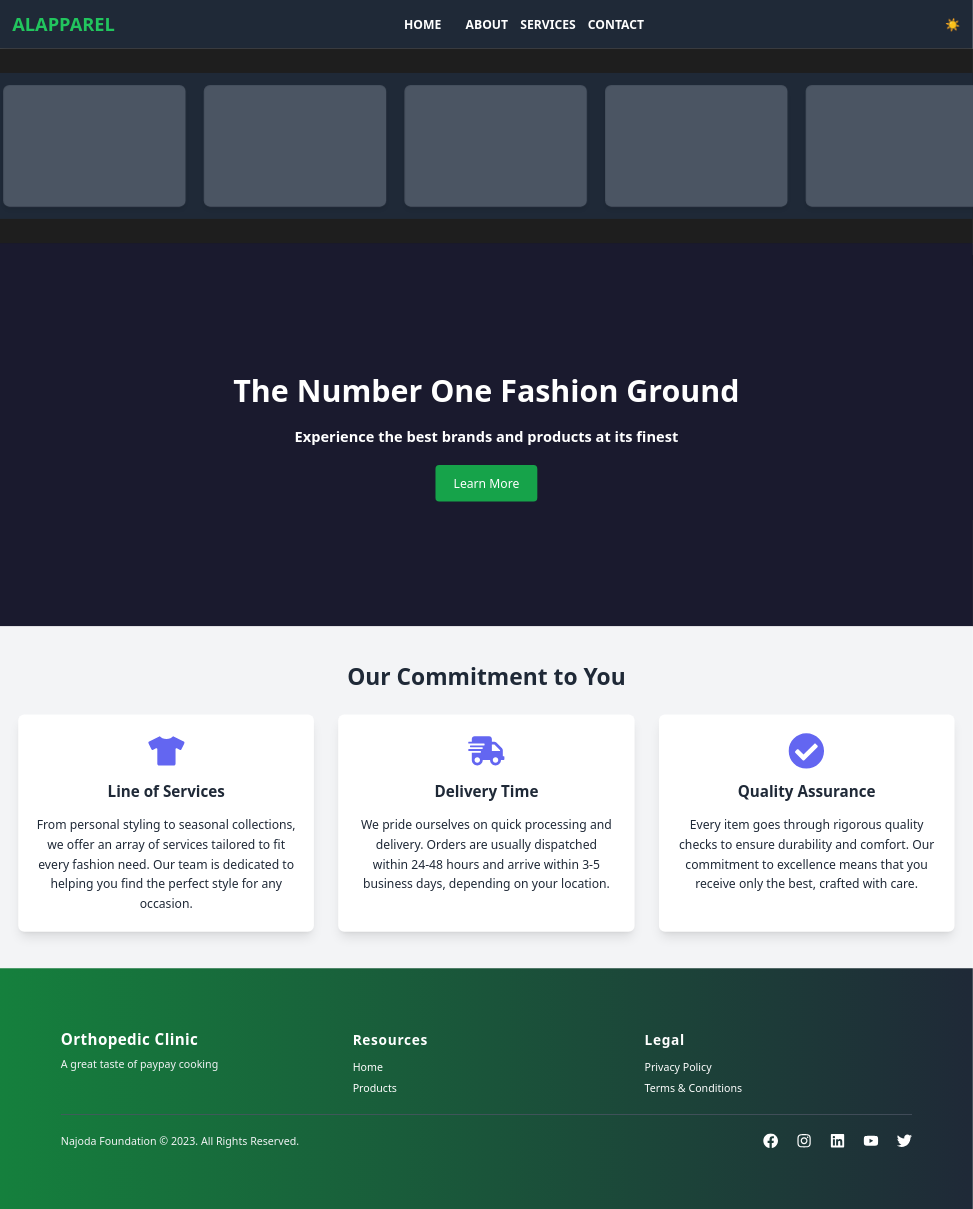
Repository: countaustin1990/file-C-Users-user-Documents-Final-20Cart
Page: /home (app in Documents/BXXXN/my-app/)
These files come from the project's save history. The page is drawn as it stood at one moment and after the next save; the edit follows.
The browser window is 1280 px wide. The pictures show the whole page, at 76% of full size.
The project was rebuilt for these pictures with package versions that can differ from the ones it lists, and the page was loaded fresh each time. Also part of the build but not shown: Documents/BXXXN/my-app/vite.config.js, Documents/BXXXN/my-app/src/components/horizontalscroll/style.css, Documents/BXXXN/my-app/src/pages/contact/Contact.jsx, Documents/BXXXN/my-app/src/pages/about/About.test.jsx, Documents/BXXXN/my-app/src/pages/services/Services.test.jsx.

Above is the page before, as saved 2024-11-01 10:23:41.

### Documents/BXXXN/my-app/src/App.jsx
import { BrowserRouter as Router, Routes, Route } from 'react-router-dom';
import Navbar from './components/navbar/Navbar.test';
import Home from './pages/home/Home.test';
import Footer from './components/footer/Footer.test';
import { useEffect, useState } from 'react';
import Contact from './pages/contact/Contact';
import About from './pages/about/About.test';
import Services from './pages/services/Services.test';
import ServicesInfo from './serviceinfo/ServiceInfo.test';

const App = () => {
  const [theme, setTheme] = useState('dark');

  // Toggle theme function
  const toggleTheme = () => {
    const newTheme = theme === 'light' ? 'dark' : 'light';
    setTheme(newTheme);
    localStorage.setItem('theme', newTheme);
  };

  useEffect(() => {
    const savedTheme = localStorage.getItem('theme');
    if (savedTheme) {
      setTheme(savedTheme);
    } else {
      setTheme('dark'); // Default to dark mode
    }
  }, []);

  return (
    <Router>
      <Navbar toggleTheme={toggleTheme} theme={theme} />
      <Routes>
        <Route path="/home" element={<Home theme={theme} />} /> {/* Pass theme prop to Home */}
        {/* Add more routes as needed */}
        <Route path="/about" element={<About theme={theme} />} />
        <Route path="/services" element={<Services theme={theme} />} />
        <Route path="/contact" element={<Contact theme={theme} />} />
      </Routes>
      <ServicesInfo/>
      <Footer />
    </Router>
  );
};

export default App;

### Documents/BXXXN/my-app/src/index.css
@tailwind base;
@tailwind components;
@tailwind utilities;

/* Global Styles */
.app {
  transition: background-color 0.3s ease-in-out;
}

/* Light and Dark Mode Styles */
.light-mode {
  background-color: #f0f0f0;
  color: #000;
}

.dark-mode {
  background-color: #1e1e1e;
  color: #fff;
}

/* Hero Section */
.hero {
  display: flex;
  justify-content: center;
  align-items: center;
  height: 70svh;
  text-align: center;
}

.hero-content h1 {
  font-size: 2.5rem;
  margin-bottom: 1rem;
}

.hero-content p {
  font-size: 1.2rem;
  margin-bottom: 1.5rem;
}

.cta-button {
  padding: 0.75rem 1.5rem;
  font-size: 1rem;
  background-color: rgb(22 163 74);

  color: white;
  border: none;
  cursor: pointer;
  border-radius: 5px;
}

.cta-button:hover {
  background-color: #22923c;
}

/* Toggle Switch Styles */
.switch {
  position: relative;
  display: inline-block;
  width: 60px;
  height: 34px;
  margin-top: 20px;
}

.switch input {
  opacity: 0;
  width: 0;
  height: 0;
}

.slider {
  position: absolute;
  cursor: pointer;
  top: 0;
  left: 0;
  right: 0;
  bottom: 0;
  background-color: #ccc;
  transition: 0.4s;
  border-radius: 34px;
}

.slider:before {
  position: absolute;
  content: "";
  height: 26px;
  width: 26px;
  border-radius: 50%;
  left: 4px;
  bottom: 4px;
  background-color: white;
  transition: 0.4s;
}

input:checked + .slider {
  background-color: #5494de;
}

input:checked + .slider:before {
  transform: translateX(26px);
}

/* Decoration (Additional Styling) */
.decoration {
  position: absolute;
  right: 10px;
  top: 5px;
  width: 8px;
  height: 8px;
  background-color: yellow;
  border-radius: 50%;
  box-shadow: 0 0 5px 2px yellow;
}

### Documents/BXXXN/my-app/src/components/navbar/Navbar.test.jsx
import PropTypes from 'prop-types';
import { useState } from 'react';
import { Link } from 'react-router-dom';

const Navbar = ({ theme, toggleTheme }) => {
  const [isMenuOpen, setIsMenuOpen] = useState(false);

  const handleMenuToggle = () => {
    setIsMenuOpen(!isMenuOpen);
  };

  const handleLinkClick = () => {
    setIsMenuOpen(false);
  };

  return (
    <nav className={`navbar shadow-lg ${theme === 'light' ? 'bg-white text-black' : 'bg-gray-800 text-white'} transition-colors duration-300`}>
      <div className="container mx-auto flex justify-between items-center p-4">
        {/* Website Name */}
        <h1 className="text-2xl font-bold uppercase text-green-500">ALapparel</h1>

        {/* Links for Desktop */}
        <ul className="hidden md:flex space-x-4 uppercase">
          <li><Link to="/home" className="hover:underline font-semibold">Home</Link></li>
          <li><Link to="/about" className="hover:underline font-semibold">About</Link></li>
          <li><Link to="/services" className="hover:underline font-semibold">Services</Link></li>
          <li><Link to="/contact" className="hover:underline font-semibold">Contact</Link></li>
        </ul>

        {/* Theme Toggle Button */}
        <button onClick={toggleTheme} className="ml-4 toggle-theme" aria-label={`Switch to ${theme === 'light' ? 'dark' : 'light'} mode`}>
          {theme === 'light' ? '🌙' : '☀️'}
        </button>

        {/* Mobile Menu Button */}
        <button
          onClick={handleMenuToggle}
          className="block md:hidden focus:outline-none ml-4"
          aria-expanded={isMenuOpen}
          aria-label="Toggle menu"
        >
          {isMenuOpen ? '✖' : '☰'} {/* Menu icon changes when clicked */}
        </button>
      </div>

      {/* Links for Mobile */}
      {isMenuOpen && (
        <ul className={`md:hidden p-4 space-y-2 ${theme === 'light' ? 'bg-white text-green-500' : 'bg-gray-800 text-green-500'} transition duration-300 ease-in-out`}>
          <li><Link to="/home" className="block font-semibold" onClick={handleLinkClick}>Home</Link></li>
          <li><Link to="/about" className="block font-semibold" onClick={handleLinkClick}>About</Link></li>
          <li><Link to="/services" className="block font-semibold" onClick={handleLinkClick}>Services</Link></li>
          <li><Link to="/contact" className="block font-semibold" onClick={handleLinkClick}>Contact</Link></li>
        </ul>
      )}
    </nav>
  );
};

Navbar.propTypes = {
  theme: PropTypes.string.isRequired,
  toggleTheme: PropTypes.func.isRequired,
};

export default Navbar;

### Documents/BXXXN/my-app/src/pages/home/Home.test.jsx
import HeroSection from '../../components/folder/HeroSection.test';
import HorizontalScroll from '../../components/horizontalscroll/HorizontalScroll.test'; // Corrected import
import PropTypes from 'prop-types';

const Home = ({ theme }) => {
  return (
    <div className={`home ${theme}-mode`}>
      <HorizontalScroll theme={theme} /> {/* Added HorizontalScroll component */}
      <HeroSection theme={theme} /> {/* Pass the theme to HeroSection */}
    </div>
  );
};

// PropTypes validation for the `theme` prop
Home.propTypes = {
  theme: PropTypes.string.isRequired, // theme is required and should be a string
};

export default Home;

### Documents/BXXXN/my-app/src/components/footer/Footer.test.jsx
import PropTypes from 'prop-types';
import { Link } from "react-router-dom";
import { FaYoutube, FaTwitter, FaInstagram, FaFacebook, FaLinkedin } from "react-icons/fa";

const Footer = ({ theme }) => {
  const scrollToTop = () => {
    window.scrollTo({
      top: 0,
      behavior: 'smooth',
    });
  };

  return (
    <footer className={`p-16 ${theme === 'light' ? 'bg-gray-100 text-gray-800' : 'bg-gradient-to-r from-green-700 to-gray-800 text-white'}`}>
      <div className="w-full max-w-full p-4">
        <div className="grid grid-cols-1 md:grid-cols-3 gap-8">
          <div>
            <Link to="/" className="flex items-center space-x-5" onClick={scrollToTop}>
              <span className="text-xl font-bold capitalize tracking-wide">
                Orthopedic Clinic
              </span>
            </Link>
            <p className={`mt-2 text-sm ${theme === 'light' ? 'text-gray-700' : 'text-gray-100'}`}>
              A great taste of paypay cooking
            </p>
          </div>

          <div>
            <h2 className="mb-3 text-lg font-semibold tracking-wider">
              Resources
            </h2>
            <ul className="space-y-2 text-sm">
              <li>
                <Link to="/" className="hover:text-gray-600 transition duration-300" onClick={scrollToTop}>Home</Link>
              </li>
              <li>
                <Link to="/products" className="hover:text-gray-600 transition duration-300" onClick={scrollToTop}>Products</Link>
              </li>
            </ul>
          </div>

          <div>
            <h2 className="mb-3 text-lg font-semibold tracking-wider">
              Legal
            </h2>
            <ul className="space-y-2 text-sm">
              <li>
                <Link to="/privacy-policy" className="hover:text-gray-600 transition duration-300">Privacy Policy</Link>
              </li>
              <li>
                <Link to="/terms-conditions" className="hover:text-gray-600 transition duration-300">Terms & Conditions</Link>
              </li>
            </ul>
          </div>
        </div>

        <hr className={`my-6 ${theme === 'light' ? 'border-gray-400' : 'border-gray-600'}`} />

        <div className="flex justify-between items-center">
          <span className={`text-sm ${theme === 'light' ? 'text-gray-600' : 'text-gray-100'}`}>
            Najoda Foundation © 2023. All Rights Reserved.
          </span>
          <div className="flex space-x-6">
            <a href="https://facebook.com" target="_blank" rel="noopener noreferrer" aria-label="Facebook" className={`text-xl ${theme === 'light' ? 'hover:text-blue-700' : 'hover:text-blue-600'}`}>
              <FaFacebook />
            </a>
            <a href="https://instagram.com" target="_blank" rel="noopener noreferrer" aria-label="Instagram" className={`text-xl ${theme === 'light' ? 'hover:text-pink-600' : 'hover:text-white'}`}>
              <FaInstagram />
            </a>
            <a href="https://linkedin.com" target="_blank" rel="noopener noreferrer" aria-label="LinkedIn" className={`text-xl ${theme === 'light' ? 'hover:text-blue-800' : 'hover:text-blue-700'}`}>
              <FaLinkedin />
            </a>
            <a href="https://youtube.com" target="_blank" rel="noopener noreferrer" aria-label="YouTube" className={`text-xl ${theme === 'light' ? 'hover:text-red-600' : 'hover:text-white'}`}>
              <FaYoutube />
            </a>
            <a href="https://twitter.com" target="_blank" rel="noopener noreferrer" aria-label="Twitter" className={`text-xl ${theme === 'light' ? 'hover:text-blue-500' : 'hover:text-white'}`}>
              <FaTwitter />
            </a>
          </div>
        </div>
      </div>
    </footer>
  );
};

Footer.propTypes = {
  theme: PropTypes.string.isRequired,
};

export default Footer;

### Documents/BXXXN/my-app/src/serviceinfo/ServiceInfo.test.jsx
import PropTypes from 'prop-types';
import { FaTshirt, FaShippingFast, FaCheckCircle } from 'react-icons/fa';

const ServicesInfo = ({ isDarkMode }) => {
  return (
    <section
      className={`info-section py-12 ${
        isDarkMode ? 'bg-gray-900 text-white' : 'bg-gray-100 text-gray-800'
      } transition-colors duration-300`}
    >
      <div className="container mx-auto px-6 text-center">
        <h2 className="text-3xl font-bold mb-8">Our Commitment to You</h2>
        <div className="grid grid-cols-1 md:grid-cols-3 gap-8">

          {/* Line of Services Column */}
          <div
            className={`shadow-lg p-6 rounded-lg transform hover:scale-105 transition duration-300 ${
              isDarkMode ? 'bg-gray-800' : 'bg-white'
            }`}
          >
            <div className="flex justify-center mb-4">
              <FaTshirt className={`text-5xl ${isDarkMode ? 'text-indigo-300' : 'text-indigo-500'}`} />
            </div>
            <h3 className="text-xl font-semibold mb-4">Line of Services</h3>
            <p className="leading-relaxed">
              From personal styling to seasonal collections, we offer an array of services tailored to fit every fashion need. Our team is dedicated to helping you find the perfect style for any occasion.
            </p>
          </div>

          {/* Delivery Time Column */}
          <div
            className={`shadow-lg p-6 rounded-lg transform hover:scale-105 transition duration-300 ${
              isDarkMode ? 'bg-gray-800' : 'bg-white'
            }`}
          >
            <div className="flex justify-center mb-4">
              <FaShippingFast className={`text-5xl ${isDarkMode ? 'text-indigo-300' : 'text-indigo-500'}`} />
            </div>
            <h3 className="text-xl font-semibold mb-4">Delivery Time</h3>
            <p className="leading-relaxed">
              We pride ourselves on quick processing and delivery. Orders are usually dispatched within 24-48 hours and arrive within 3-5 business days, depending on your location.
            </p>
          </div>

          {/* Quality Assurance Column */}
          <div
            className={`shadow-lg p-6 rounded-lg transform hover:scale-105 transition duration-300 ${
              isDarkMode ? 'bg-gray-800' : 'bg-white'
            }`}
          >
            <div className="flex justify-center mb-4">
              <FaCheckCircle className={`text-5xl ${isDarkMode ? 'text-indigo-300' : 'text-indigo-500'}`} />
            </div>
            <h3 className="text-xl font-semibold mb-4">Quality Assurance</h3>
            <p className="leading-relaxed">
              Every item goes through rigorous quality checks to ensure durability and comfort. Our commitment to excellence means that you receive only the best, crafted with care.
            </p>
          </div>

        </div>
      </div>
    </section>
  );
};

ServicesInfo.propTypes = {
  isDarkMode: PropTypes.bool.isRequired,
};

export default ServicesInfo;

### Documents/BXXXN/my-app/src/components/folder/HeroSection.test.jsx
//import { FaFacebookF, FaTwitter, FaInstagram, FaLinkedinIn } from 'react-icons/fa'; // Import social icons
import PropTypes from 'prop-types'; // Import PropTypes for prop validation
import './style.css';  // Make sure to link to your CSS file or Tailwind

const HeroSection = ({ theme }) => { // Accept theme as a prop
  return (
    <div className={`app ${theme}-mode`}>
      {/* Hero Section */}
      <section className="hero">
        <div className="hero-content">
          <h1 className="font-extrabold">The Number One Fashion Ground</h1>
          <p className="lead font-semibold">Experience the best brands and products at its finest</p>
          <button className="cta-button">Learn More</button>

          {/* Social Media Icons
          <div className="flex justify-center mt-6 space-x-4">
            <a href="https://facebook.com" target="_blank" rel="noopener noreferrer" className="text-xl text-blue-600 hover:text-blue-500">
              <FaFacebookF />
            </a>
            <a href="https://twitter.com" target="_blank" rel="noopener noreferrer" className="text-xl text-blue-400 hover:text-blue-300">
              <FaTwitter />
            </a>
            <a href="https://instagram.com" target="_blank" rel="noopener noreferrer" className="text-xl text-pink-600 hover:text-pink-500">
              <FaInstagram />
            </a>
            <a href="https://linkedin.com" target="_blank" rel="noopener noreferrer" className="text-xl text-blue-700 hover:text-blue-600">
              <FaLinkedinIn />
            </a>
          </div>*/}
        </div>
      </section>
    </div>
  );
};

// PropTypes validation for the `theme` prop
HeroSection.propTypes = {
  theme: PropTypes.string.isRequired, // theme is required and should be a string
};

export default HeroSection;

### Documents/BXXXN/my-app/src/components/horizontalscroll/HorizontalScroll.test.jsx
import { useEffect, useRef } from 'react';
import PropTypes from 'prop-types';
import './style.css'; // Add any specific styling here

const HorizontalScroll = ({ theme }) => {
  const scrollContainerRef = useRef(null);
  const scrollSpeed = 1; // Adjust speed if necessary

  useEffect(() => {
    const smoothScroll = () => {
      if (scrollContainerRef.current) {
        scrollContainerRef.current.scrollLeft += scrollSpeed;
        // Reset scroll when it reaches the end
        if (
          scrollContainerRef.current.scrollLeft +
          scrollContainerRef.current.offsetWidth >=
          scrollContainerRef.current.scrollWidth
        ) {
          scrollContainerRef.current.scrollLeft = 0;
        }
      }
      requestAnimationFrame(smoothScroll);
    };

    const scrollInterval = requestAnimationFrame(smoothScroll);
    return () => cancelAnimationFrame(scrollInterval);
  }, [scrollSpeed]); // Include scrollSpeed as a dependency if needed

  return (
    <div className={`horizontal-scroll ${theme}-mode`}>
      <div className="container mx-auto py-8">
        {/*<h1 className={`text-3xl font-bold mb-6 text-center ${theme === 'light' ? 'text-gray-900' : 'text-white'}`}>
          Best Trend For 2024
        </h1>
*/}
        <div
          className={`overflow-x-hidden flex gap-6 items-center scroll-smooth p-4 ${
            theme === 'light' ? 'bg-gray-100' : 'bg-gray-800'
          }`}
          ref={scrollContainerRef}
          style={{ whiteSpace: 'nowrap', scrollBehavior: 'smooth' }}
        >
          {/* Placeholder elements */}
          {[...Array(5)].map((_, index) => (
            <div
              key={index}
              className={`flex-none w-60 h-40 ${theme === 'light' ? 'bg-gray-300' : 'bg-gray-600'} rounded-lg shadow-md`}
            />
          ))}
        </div>
      </div>
    </div>
  );
};

// PropTypes validation for the `theme` prop
HorizontalScroll.propTypes = {
  theme: PropTypes.string.isRequired,
};

export default HorizontalScroll;

### Documents/BXXXN/my-app/src/components/folder/style.css
/* style.css */
.app.dark-mode {
  background-color: #1a1a2e;
  color: #fff;
}

.app.light-mode {
  background-color: #f4f4f9;
  color: #333;
}

.hero-content h1 {
  font-size: 3rem;
}

.cta-button {
  padding: 0.5rem 2rem;
  background-color: #15983e;
  color: white;
  border: none;
  border-radius: 0.25rem;
  cursor: pointer;
}

.cta-button:hover {
  background-color: #157b3c;
}

/* Dark/Light Mode Toggle Styles */
.switch {
  position: relative;
  display: inline-block;
  width: 60px;
  height: 34px;
}

.switch input {
  opacity: 0;
  width: 0;
  height: 0;
}

.slider {
  position: absolute;
  top: 0;
  left: 0;
  right: 0;
  bottom: 0;
  background-color: #ccc;
  border-radius: 34px;
}

.slider:before {
  position: absolute;
  content: "";
  height: 26px;
  width: 26px;
  left: 4px;
  bottom: 4px;
  background-color: white;
  border-radius: 50%;
  transition: 0.4s;
}

input:checked + .slider {
  background-color: #2196F3;
}

input:checked + .slider:before {
  transform: translateX(26px);
}

/* Additional Styles */
.flex {
  display: flex;
}

.space-x-4 > *:not(:last-child) {
  margin-right: 1rem;
}

Loaded but not shown: Documents/BXXXN/my-app/index.html (common file); Documents/BXXXN/my-app/src/main.jsx (common file); Documents/BXXXN/my-app/tailwind.config.js (common file)

After the next save:
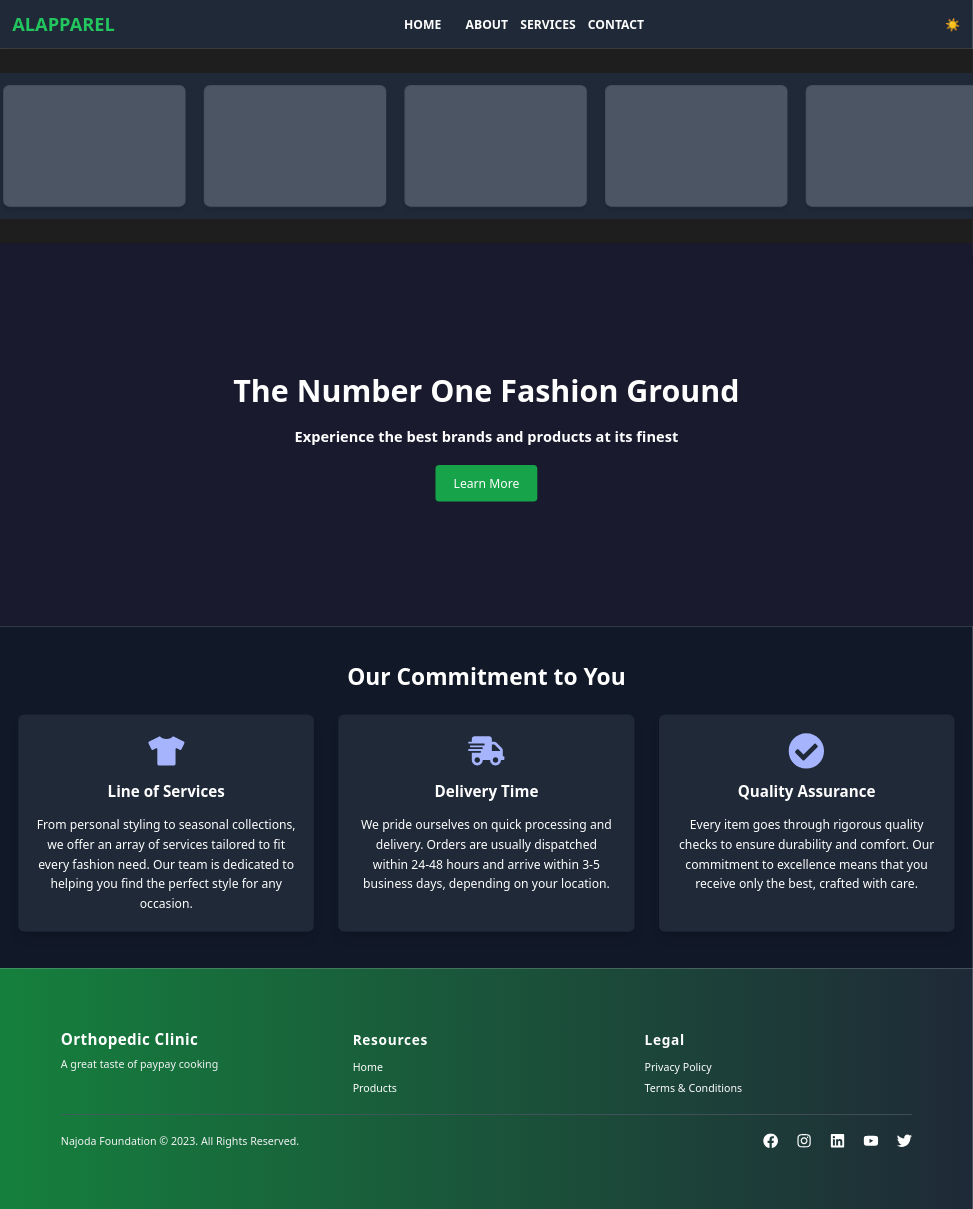
Saved 54 s later.
--- a/Documents/BXXXN/my-app/src/App.jsx
+++ b/Documents/BXXXN/my-app/src/App.jsx
@@ -1,8 +1,8 @@
 import { BrowserRouter as Router, Routes, Route } from 'react-router-dom';
+import { useEffect, useState } from 'react';
 import Navbar from './components/navbar/Navbar.test';
 import Home from './pages/home/Home.test';
 import Footer from './components/footer/Footer.test';
-import { useEffect, useState } from 'react';
 import Contact from './pages/contact/Contact';
 import About from './pages/about/About.test';
 import Services from './pages/services/Services.test';
@@ -20,24 +20,19 @@ const App = () => {
 
   useEffect(() => {
     const savedTheme = localStorage.getItem('theme');
-    if (savedTheme) {
-      setTheme(savedTheme);
-    } else {
-      setTheme('dark'); // Default to dark mode
-    }
+    setTheme(savedTheme || 'dark'); // Default to dark mode if no saved theme
   }, []);
 
   return (
     <Router>
       <Navbar toggleTheme={toggleTheme} theme={theme} />
       <Routes>
-        <Route path="/home" element={<Home theme={theme} />} /> {/* Pass theme prop to Home */}
-        {/* Add more routes as needed */}
+        <Route path="/home" element={<Home theme={theme} />} />
         <Route path="/about" element={<About theme={theme} />} />
         <Route path="/services" element={<Services theme={theme} />} />
         <Route path="/contact" element={<Contact theme={theme} />} />
       </Routes>
-      <ServicesInfo/>
+      <ServicesInfo isDarkMode={theme === 'dark'} /> {/* Pass isDarkMode prop */}
       <Footer />
     </Router>
   );
